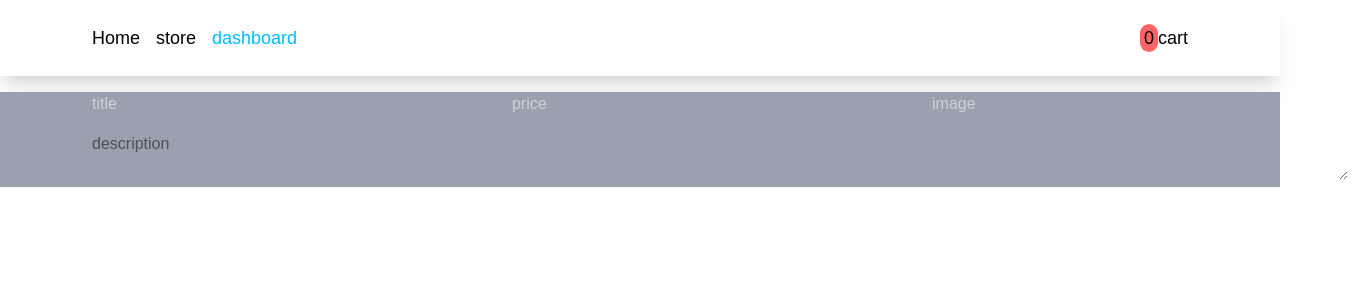
Repository: Rohullah-Noori/Nextjs-online-shop
Page: /dashboard
The author's editor kept a copy of each file at every save. The page is drawn from the files as they stood at one save, then again after the next save.
The browser window is 1280 px wide. The page is 1360 px wide, so the pictures cover 1360 px, including what lies to the right of the window. The pictures show the whole page.
The project was rebuilt for these pictures with package versions that can differ from the ones it lists, and the page was loaded fresh each time. The framework's server and built-in components were replaced by stand-ins that run in the browser. Also part of the build but not shown: next.config.ts.

Above is the page before, as saved 2025-05-28 10:44:51.

### src/app/dashboard/page.tsx
import React from "react";
import Container from "../components/Container";

export default function Dashboard() {
  return (
    <div className="bg-gray-400 text-center">
      <Container>
        <div className="mx-3">
          <div className="grid grid-cols-3 gap-x-1 mt-2 mb-4  text-white ">
            <input type="text" placeholder="title" />
            <input type="text" placeholder="price" />
            <input type="text" placeholder="image" />
          </div>
          <textarea placeholder="description" className="w-full"></textarea>
        </div>
      </Container>
    </div>
  );
}

### src/app/components/Layout.tsx
import React from "react";
import Navbar from "./Navbar";

interface IlayoutProps {
  children: React.ReactNode;
}

export default function Layout({ children }: IlayoutProps) {
  return (
    <div>
      <Navbar />
      {children}
    </div>
  );
}

### src/app/context/page.tsx
"use client";
import React, { createContext, useContext, useEffect, useState } from "react";
import { json } from "stream/consumers";

type IshopContextProps = {
  children: React.ReactNode;
};

type cartItems = {
  id: number;
  qty: number;
};

type TshopingContext = {
  cart: cartItems[];
  HandleincreasetoCard: (id: number) => void;
  getProductqty: (id: number) => number;
  totalitemsqty: number;
  handledecreasetoCard: (id: number) => void;
  RemovehandleSubmit: (id: number) => void;
};

const shopingContext = createContext({} as TshopingContext);

export const useShopingContextCustim = () => {
  return useContext(shopingContext);
};

export default function ConextShop({ children }: IshopContextProps) {
  const [cart, setCart] = useState<cartItems[]>([]);

  const getProductqty = (id: number) => {
    return cart.find((item) => item.id == id)?.qty ?? 0;
  };

  const totalitemsqty = cart.reduce((totalgqty, item) => {
    return totalgqty + item.qty;
  }, 0);

  const HandleincreasetoCard = (id: number) => {
    setCart((prev) => {
      const isnotExist = prev.find((item) => item.id === id) == null;
      if (isnotExist) {
        return [...prev, { id: id, qty: 1 }];
      } else {
        return prev.map((item) => {
          if (item.id == id) {
            return { ...item, qty: item.qty + 1 };
          } else {
            return item;
          }
        });
      }
    });
  };

  const handledecreasetoCard = (id: number) => {
    setCart((prev) => {
      const islastOne = prev.find((item) => item.id == id)?.qty == 1;
      if (islastOne) {
        return prev.filter((item) => item.id != id);
      } else {
        return prev.map((item) => {
          if (item.id == id) {
            return {
              ...item,
              qty: item.qty - 1,
            };
          } else {
            return item;
          }
        });
      }
    });
  };

  const RemovehandleSubmit = (id: number) => {
    setCart((prev) => {
      return prev.filter((item) => item.id != id);
    });
  };

  useEffect(() => {
    const StoredCards = localStorage.getItem("cart");
    if (StoredCards) {
      try {
        setCart(JSON.parse(StoredCards));
      } catch (error) {
        console.error("Failed to parse stored cart data:", error);
        setCart([]);
      }
    }
  }, []);

  useEffect(() => {
    localStorage.setItem("cart", JSON.stringify(cart));
  }, [cart]);

  return (
    <shopingContext.Provider
      value={{
        cart,
        HandleincreasetoCard,
        getProductqty,
        totalitemsqty,
        handledecreasetoCard,
        RemovehandleSubmit,
      }}
    >
      {children}
    </shopingContext.Provider>
  );
}

### src/app/components/Container.tsx
import React from "react";
interface IContainerProps {
  children: React.ReactNode;
}

export default function Container({ children }: IContainerProps) {
  return <div className="container mx-20">{children}</div>;
}

### src/app/components/Navbar.tsx
"use client";
import Link from "next/link";
import { usePathname } from "next/navigation";

import React from "react";
import Container from "./Container";
import { useShopingContextCustim } from "../context/page";

export default function Navbar() {
  const { totalitemsqty } = useShopingContextCustim();
  const pathname = usePathname();
  const navlinks = [
    {
      title: "Home",
      href: "/",
    },
    {
      title: "store",
      href: "/store",
    },
    {
      title: "dashboard",
      href: "/dashboard",
    },
  ];

  return (
    <nav className="  flex p-3 mb-4 text-lg  shadow-xl  ">
      <Container>
        <div className="flex justify-between my-3 ">
          <div>
            {navlinks.map((item) => (
              <Link
                key={item.href}
                className={`mr-4 ${
                  pathname === item.href ? "text-sky-400" : ""
                }`}
                href={item.href}
              >
                {item.title}
              </Link>
            ))}
          </div>
          <div>
            <span className="bg-red-400 rounded-4xl p-1">{totalitemsqty}</span>
            <Link href="/cart">cart</Link>
          </div>
        </div>
      </Container>
    </nav>
  );
}

Loaded but not shown: src/app/layout.tsx (common file); src/app/globals.css (common file)

After the next save:
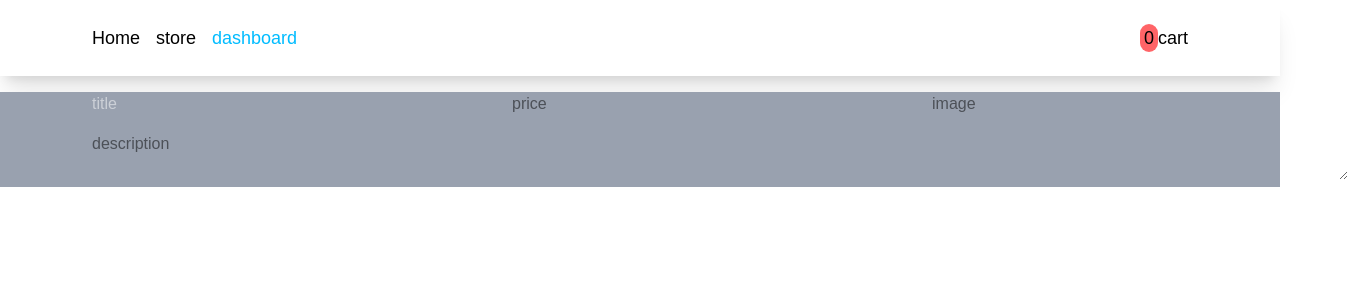
Saved 12 s later.
--- a/src/app/dashboard/page.tsx
+++ b/src/app/dashboard/page.tsx
@@ -6,8 +6,8 @@ export default function Dashboard() {
     <div className="bg-gray-400 text-center">
       <Container>
         <div className="mx-3">
-          <div className="grid grid-cols-3 gap-x-1 mt-2 mb-4  text-white ">
-            <input type="text" placeholder="title" />
+          <div className="grid grid-cols-3 gap-x-1 mt-2 mb-4  ">
+            <input type="text" placeholder="title" className="text-white" />
             <input type="text" placeholder="price" />
             <input type="text" placeholder="image" />
           </div>
